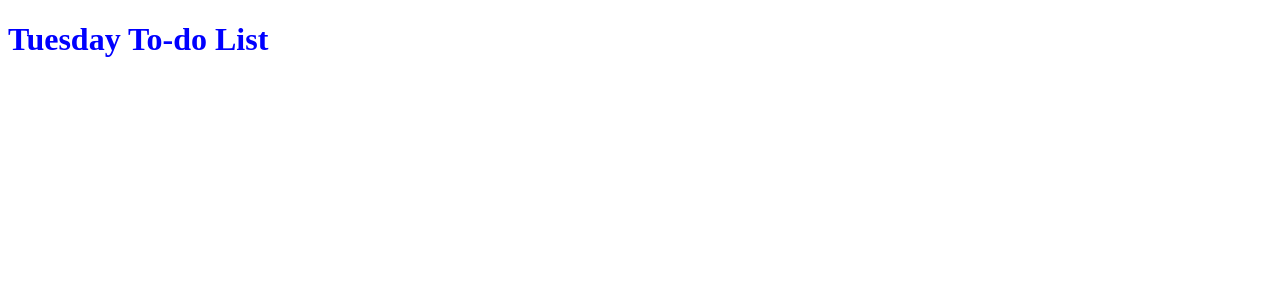
Repository: thecoachanna/todolist-v1
Page: http://localhost/
An editor plug-in stored every save of this project. The page is shown before and after a run of saves, followed by the edit.
The browser window is 1280 px wide. The pictures show the whole page.
The page is served by the project's Node server (app.js).

Above is the page before, as saved 2023-05-09 07:05:56.

### views/list.ejs
<!DOCTYPE html>
<html lang="en">

<head>
    <meta charset="UTF-8">
    <meta http-equiv="X-UA-Compatible" content="IE=edge">
    <meta name="viewport" content="width=device-width, initial-scale=1.0">
    <title>To-do List</title>
</head>

<body>
    <% if (kindOfDay === 'Thursday') { %>
        <h1 style='color: purple'>
            <%= kindOfDay %> To-do List
        </h1>
        <% } else { %>
        <h1 style='color: blue'>
            <%= kindOfDay %> To-do List
        </h1>
        <% } %>
</body>

</html>

### app.js
const express = require("express");
const bodyParser = require("body-parser");
const port = 3000

const app = express();

app.set('view engine', 'ejs');

app.get("/", (req, res) => {
  var today = new Date();
  var currentDay = today.getDay();
  var day = "";

  switch (currentDay) {
    case 0:
      day = "Sunday";
      break;
    case 1:
      day = "Monday";
      break;
    case 2:
      day = "Tuesday";
      break;
    case 3:
      day = "Wednesday";
      break;
    case 4:
      day = "Thursday";
      break;
    case 5:
      day = "Friday";
      break;
    case 6:
      day = "Saturday";
      break;
    default:
      console.log(`Error: current day is equal to ${currentDay}`);
  }

  res.render("list", { kindOfDay: day });
});

app.listen(port, () => {
  console.log("Connected to server!");
});

After the next 12 saves:
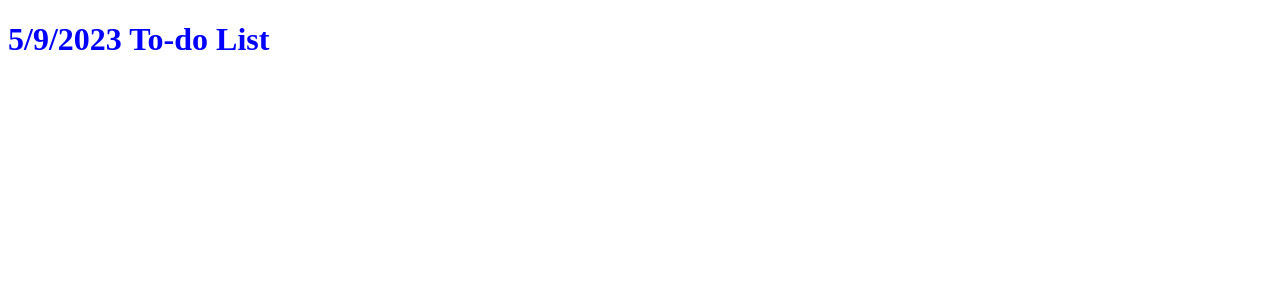
The 12 saves are shown as one change because 5 did not build or start and some came seconds apart.
The last was saved 4 min 39 s later.
--- a/app.js
+++ b/app.js
@@ -8,34 +8,14 @@ app.set('view engine', 'ejs');
 
 app.get("/", (req, res) => {
   var today = new Date();
-  var currentDay = today.getDay();
-  var day = "";
 
-  switch (currentDay) {
-    case 0:
-      day = "Sunday";
-      break;
-    case 1:
-      day = "Monday";
-      break;
-    case 2:
-      day = "Tuesday";
-      break;
-    case 3:
-      day = "Wednesday";
-      break;
-    case 4:
-      day = "Thursday";
-      break;
-    case 5:
-      day = "Friday";
-      break;
-    case 6:
-      day = "Saturday";
-      break;
-    default:
-      console.log(`Error: current day is equal to ${currentDay}`);
-  }
+    var options = {
+        weekday: 'long',
+        day: 'numeric',
+        month: 'long'
+    }
+
+    var day = today.toLocaleDateString()
 
   res.render("list", { kindOfDay: day });
 });
